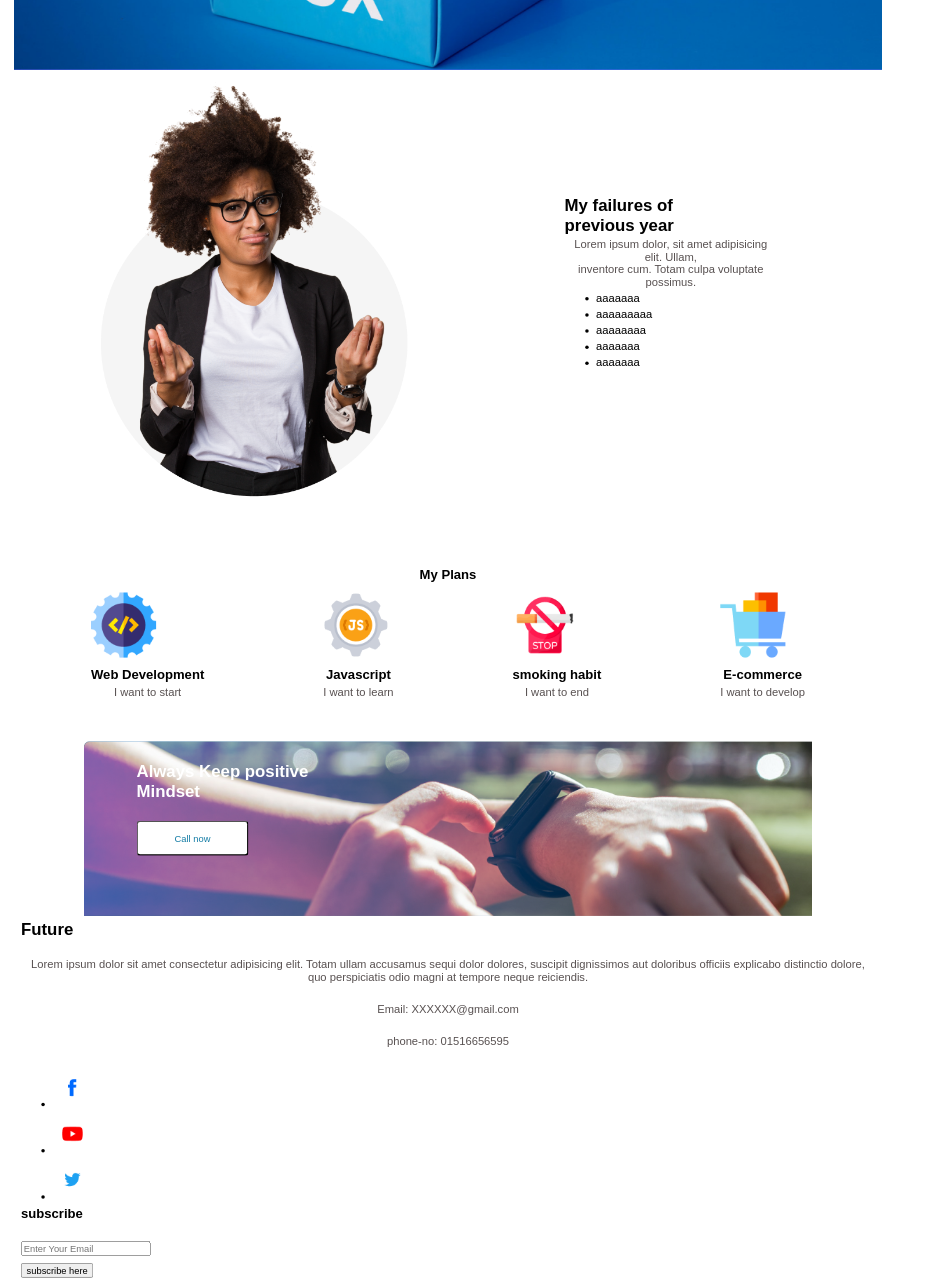
Repository: sadiaafsana138/All-Thinks-Are-Possible-Website
Page: index.html
These files come from the project's save history. The page is drawn as it stood at one moment and after the next save; the edit follows.
The browser window is 1280 px wide. The page is 1344 px wide, so the pictures cover 1344 px, including what lies to the right of the window. The pictures show the part of the page from y = 719 to 2559 px (the page is 2559 px tall), at 70% of full size.

Above is the page before, as saved 2023-01-08 11:55:54.

After the next save:
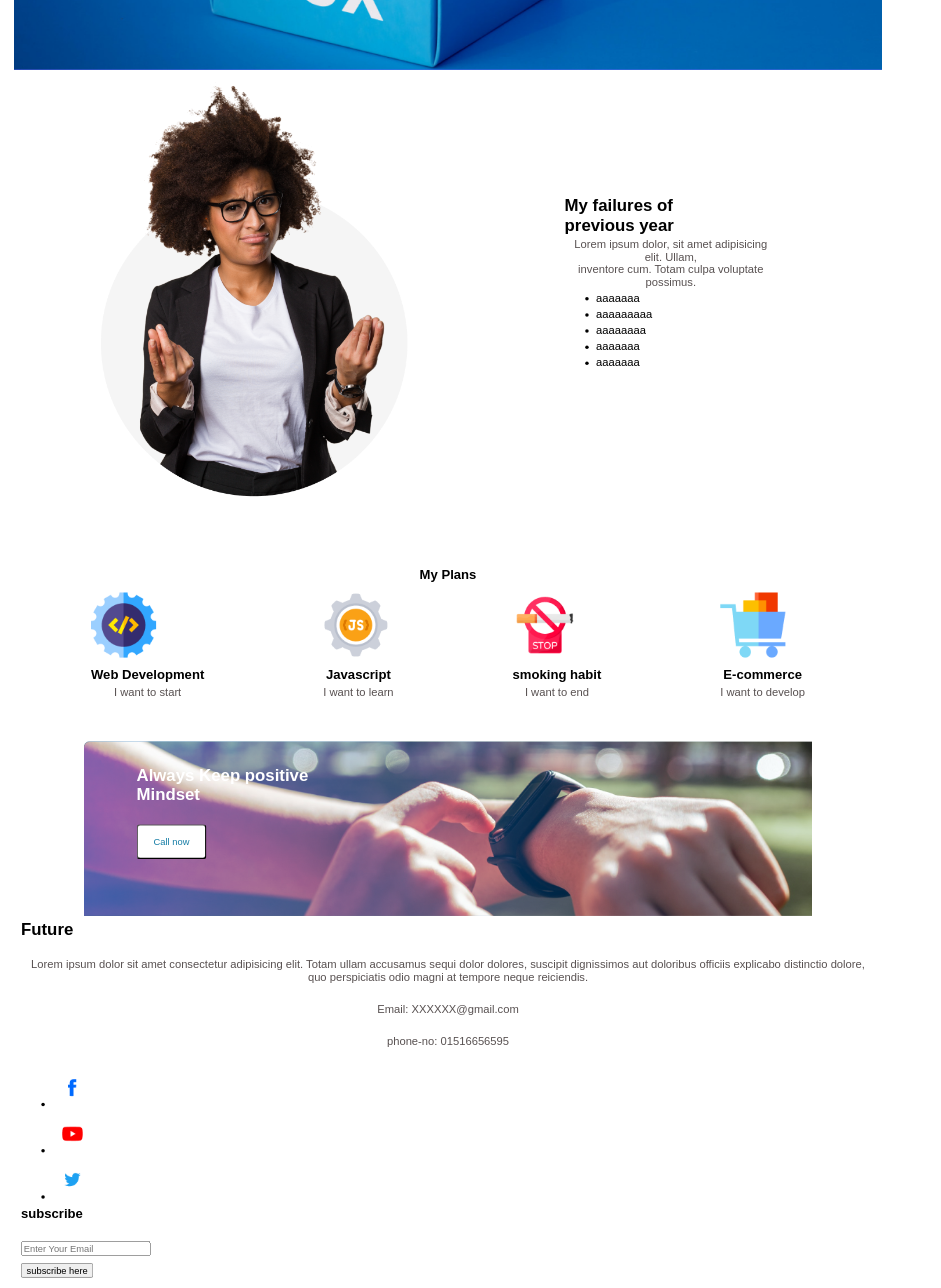
Saved 32 s later.
--- a/styles/web.css
+++ b/styles/web.css
@@ -82,12 +82,12 @@ p{
     text-align: left;
     margin-left: 70px;
     margin-top: 50px;
-    padding-top: 30px;
+    padding-top: 35px;
     color: white;
 }
 #button2{
     margin-top: 5px;
-    width: 160px;
+    width: 100px;
     height: 50px;
     text-align: center;
     align-items: left;
